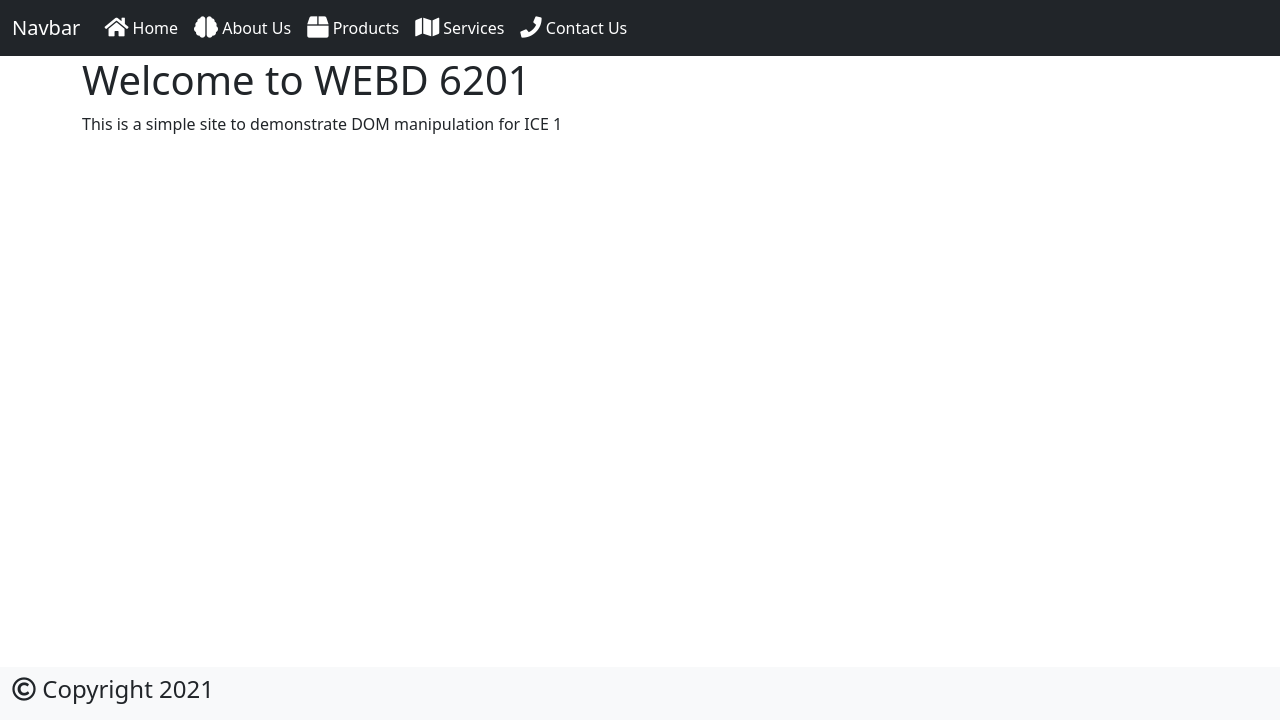
Repository: AshokSasi/WEBD6201-Week3
Page: index.html
The author's editor kept a copy of each file at every save. The page is drawn from the files as they stood at one save, then again after the next save.
The browser window is 1280 px wide. The pictures show the whole page.

Above is the page before, as saved 2021-01-20 09:41:22.

After the next save:
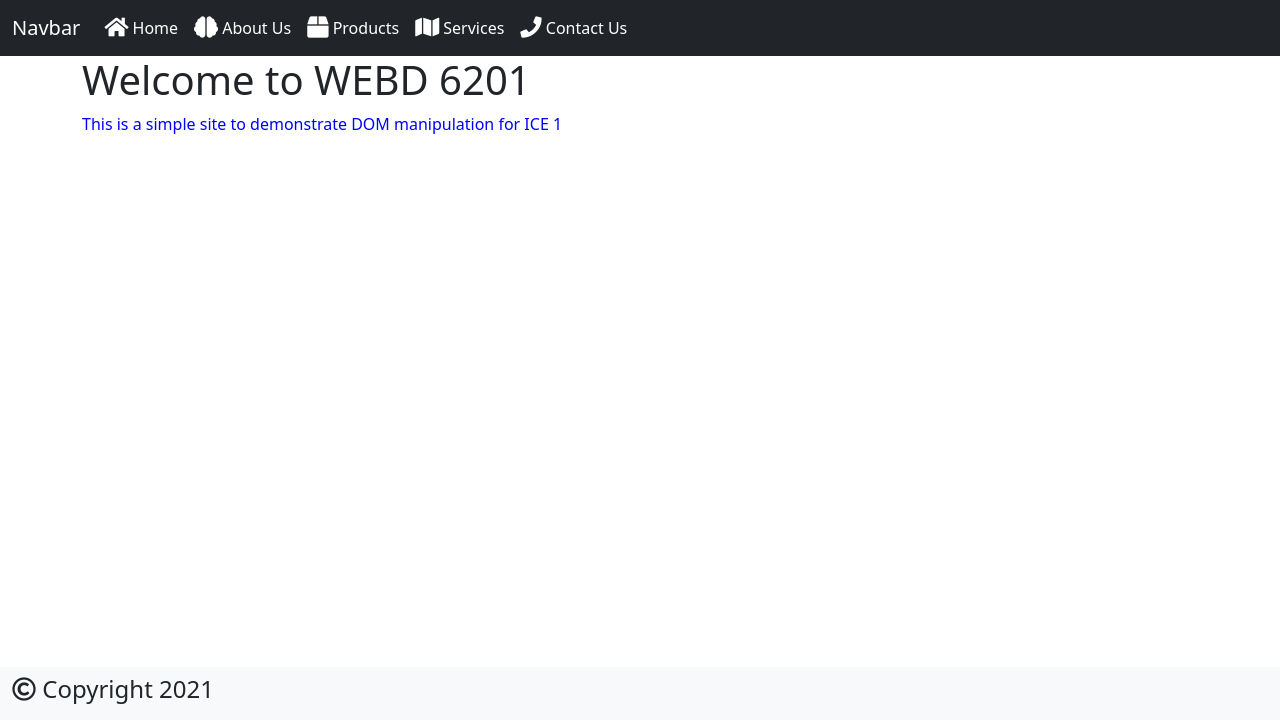
Saved 11 s later.
--- a/Scripts/app.js
+++ b/Scripts/app.js
@@ -15,7 +15,7 @@
         let paragraphOneElement = document.getElementById("paragraphOne");
 
         paragraphOneElement.textContent= paragraphOneText;
-        paragraphOneElement.style - "color:blue;";
+        paragraphOneElement.style = "color:blue;";
     }
     window.addEventListener("load", Start);
 })();
